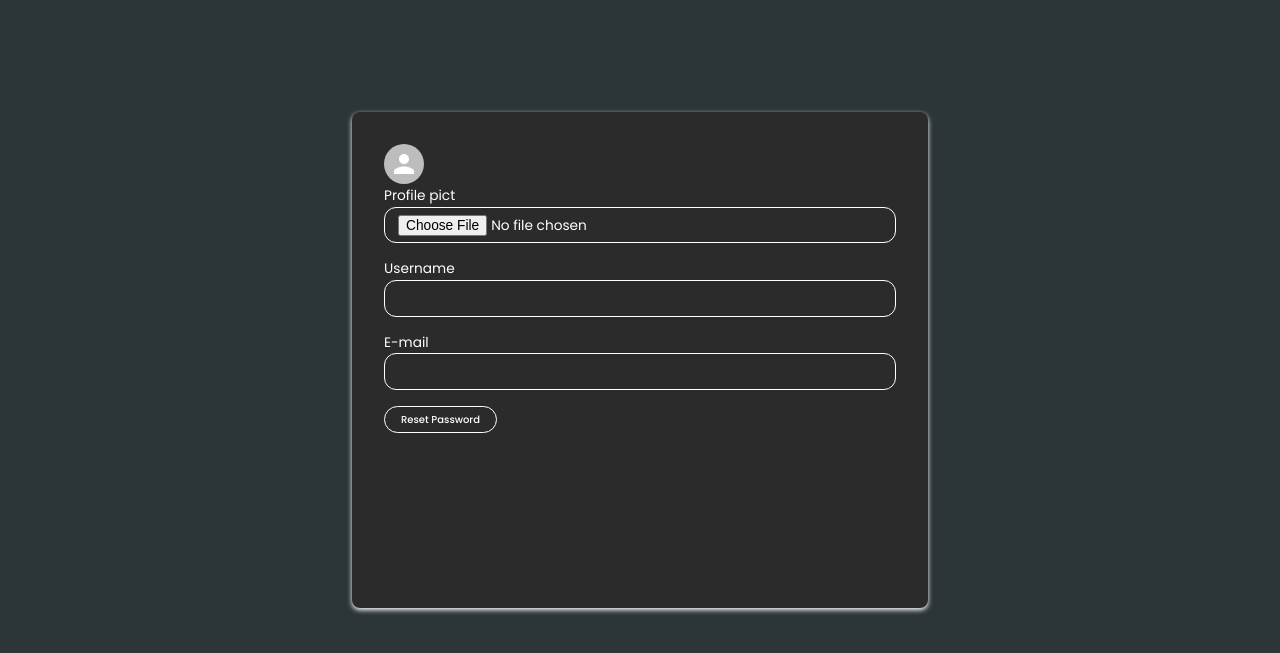
Repository: IzzaSuni/Izza-ToDo
Page: /publicNote/Private/profile
These files come from the project's save history. The page is drawn as it stood at one moment and after the next save; the edit follows.
The browser window is 1280 px wide. The pictures show the whole page.
The project was rebuilt for these pictures with package versions that can differ from the ones it lists, and the page was loaded fresh each time. Also part of the build but not shown: src/App.css, src/services.js, src/components/List.js, src/components/Filter.js, src/components/ohayo.js, src/utils/Query.js, src/components/navbar.js, src/components/MainPage.js and 4 more.

Above is the page before, as saved 2022-08-20 12:48:48.

After the next save:
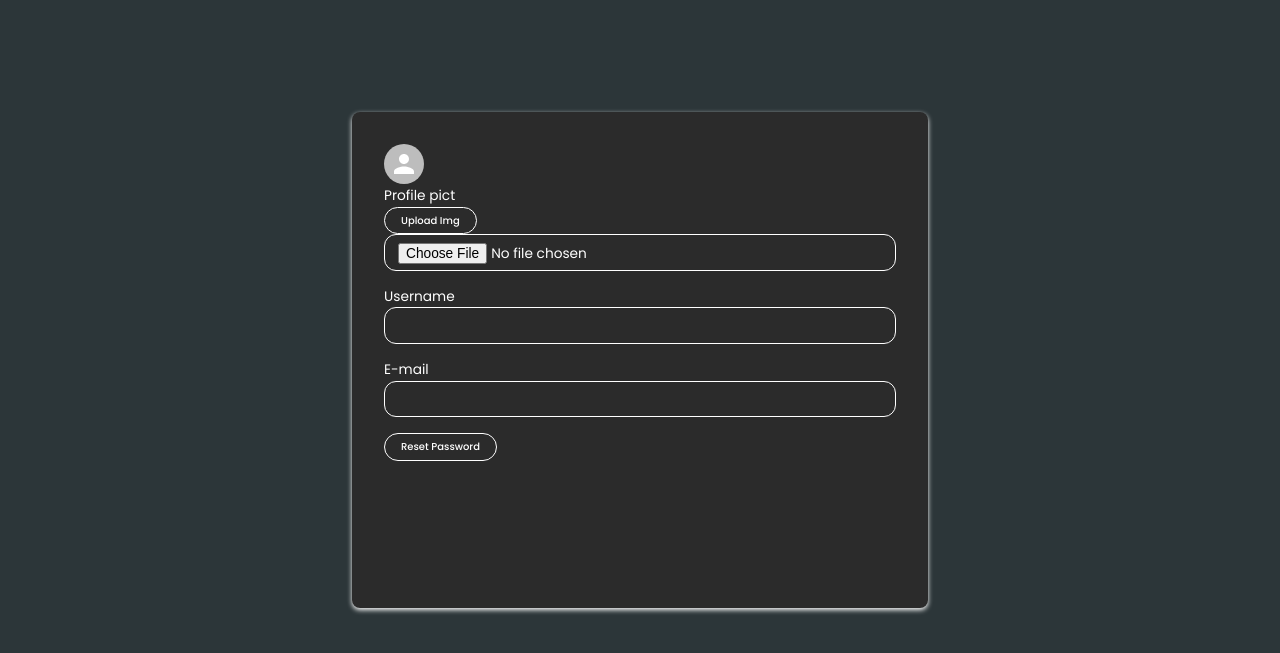
Saved 35 s later.
--- a/src/components/Profile.js
+++ b/src/components/Profile.js
@@ -35,6 +35,7 @@ export default function Profile() {
             <Box pb={2}>
               <Typography>Profile pict</Typography>
               <label htmlFor="uploadImg">
+                <Input type={"buttonCustom"}>Upload Img</Input>
                 <Input id={"uploadImg"} type="email" inputType={"file"} />
               </label>
             </Box>
